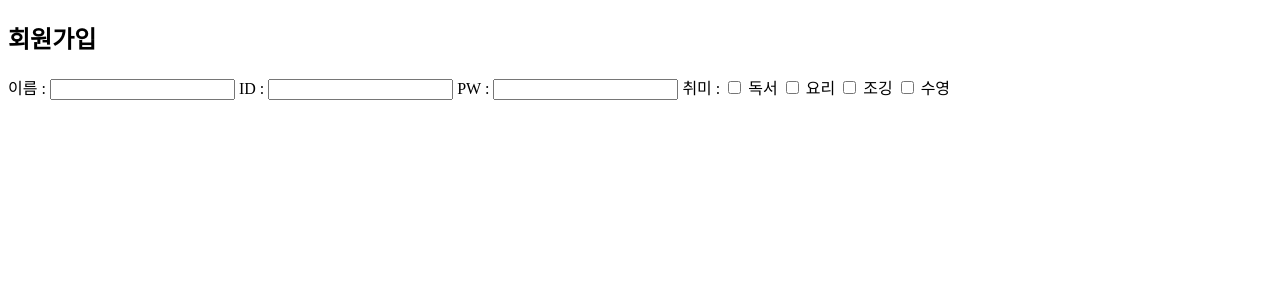
Repository: xxihyun0830/JSP
Page: http://localhost/Day3_getpost/join.jsp
An editor plug-in stored every save of this project. The page is shown before and after the next save, followed by the edit.
The browser window is 1280 px wide. The pictures show the whole page.
The page is served by Tomcat 9. Other server files are loaded and not shown.

Above is the page before, as saved 2019-07-11 04:22:39.

### Day3_getpost/WebContent/join.jsp
<%@ page language="java" contentType="text/html; charset=utf-8"
    pageEncoding="utf-8"%>
<!DOCTYPE html>
<html>
<head>
<meta charset="utf-8">
<title>가입창_내가 하는 실습</title>
</head>
<body>
<h2>회원가입</h2>
<tr>
<form action = "JoinOK.java" method = "get">
이름 : <input type = "text" name = "name" >
ID : <input type = "text" name = "id">
PW : <input type = "password" name = "pw">
취미 : <input type = "checkbox" name = "hobby"> 독서
      <input type = "checkbox" name = "hobby"> 요리
      <input type = "checkbox" name = "hobby"> 조깅
      <input type = "checkbox" name = "hobby"> 수영

</form>

</body>
</html>

After the next save:
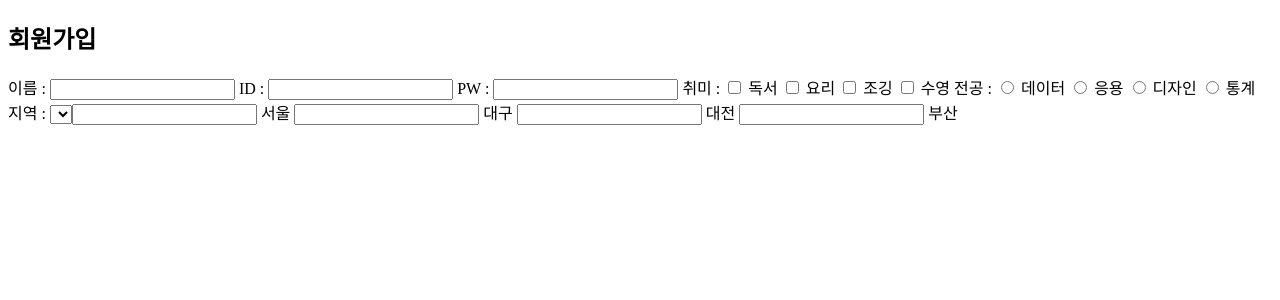
Saved 3 min 45 s later.
--- a/Day3_getpost/WebContent/join.jsp
+++ b/Day3_getpost/WebContent/join.jsp
@@ -17,7 +17,17 @@
       <input type = "checkbox" name = "hobby"> 요리
       <input type = "checkbox" name = "hobby"> 조깅
       <input type = "checkbox" name = "hobby"> 수영
+전공 : <input type = "radio" name = "major"> 데이터
+      <input type = "radio" name = "major"> 응용
+      <input type = "radio" name = "major"> 디자인
+      <input type = "radio" name = "major"> 통계
+지역 : <select>
+      <input type = "text" name = "region"> 서울
+      <input type = "text" name = "region"> 대구
+      <input type = "text" name = "region"> 대전
+      <input type = "text" name = "region"> 부산
 
+</select>
 </form>
 
 </body>
